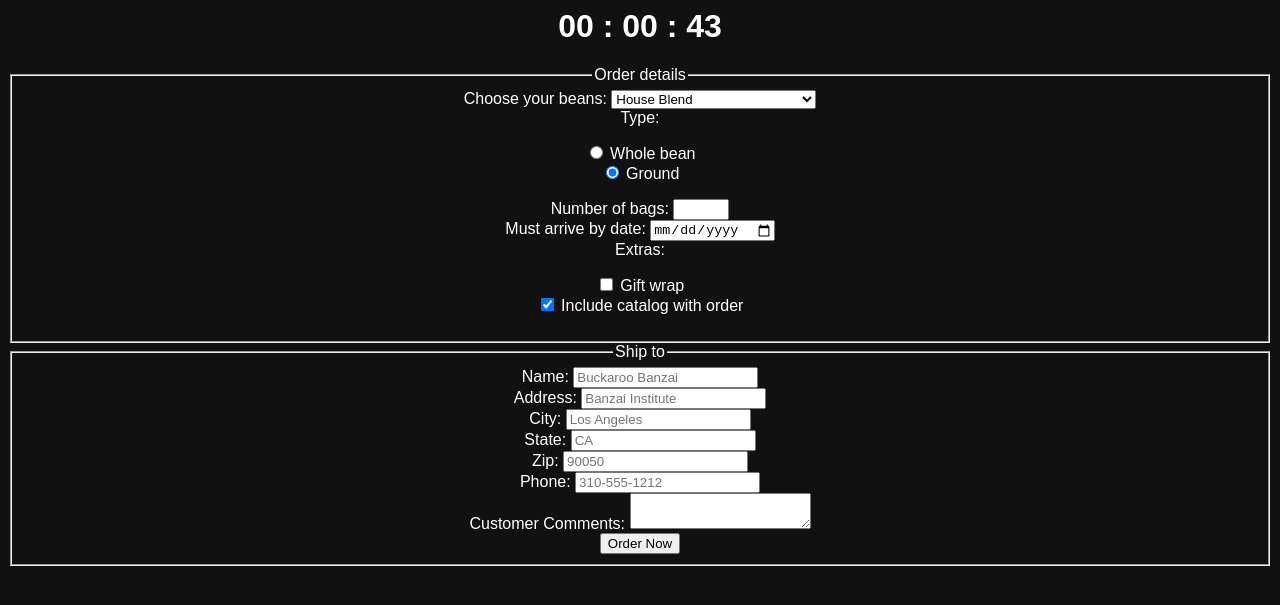
Repository: 43320888/upwork
Page: popup/index.html
The author's editor kept a copy of each file at every save. The page is drawn from the files as they stood at one save, then again after the next save.
The browser window is 1280 px wide. The pictures show the whole page.

Above is the page before, as saved 2019-01-24 11:22:08.

### popup/index.html
<meta http-equiv="Content-Type" content="text/html;charset=UTF-8">
<style>
	form{
		border-spacing: 10px;
	}
</style>
<body style="background:#111; color:#fff; font-family: Arial, Helvetica, sans-serif; text-align: center">
	<h1><div></div><script src="timer.js"></script></h1>
	<form action="http://www.starbuzzcoffee.com/processorder.php" method="post">
		<fieldset>
			<legend>Order details</legend>
			<div class="tableRow">
				<label for="beans">
				  Choose your beans:
				</label>
		    <select id="beans" name="beans">
		      <option value="House Blend">House Blend</option>
		      <option value="Bolivia">Shade Grown Bolivia Supremo</option>
		      <option value="Guatemala">Organic Guatemala</option>
		      <option value="Kenya">Kenya</option>
		    </select>
			</div>
			<div class="tableRow">
				<label>Type:</label>
				<p>
				   <input type="radio" id="whole_beantype" name="beantype" value="whole">
						<label for="whole_beantype">Whole bean</label><br>
			    <input type="radio" id="ground_beantype" name="beantype" value="ground" checked>
				    <label for="ground_beantype">Ground</label>
				</p>
			</div>
			<div class="tableRow">
				<label for="bags">Number of bags:</label>
				<input type="number" id="bags" name="bags" min="1" max="10">
			</div>
			<div class="tableRow">
				<label for="date">Must arrive by date:</label>
				<input type="date" name="date">
			</div>
			<div class="tableRow">
				<label>Extras:</label>
				<p>
			    <input type="checkbox" id="giftwrap_extras" name="extras[]" value="giftwrap">
						<label for="giftwrap_extras">Gift wrap</label><br>
			    <input type="checkbox" id="catalog_extras" name="extras[]" value="catalog" checked>
				    <label for="catalog_extras">Include catalog with order</label>
				</p>
			</div>
		</fieldset>
		<fieldset>
			<legend>Ship to</legend>
			<div class="tableRow">
				<label for="name">Name:</label>
				<input type="text" id="name" name="name" value="" placeholder="Buckaroo Banzai" required>
			</div>
			<div class="tableRow">
				<label for="address">Address:</label>
				<input type="text" id="address" name="address" value="" placeholder="Banzai Institute" required>
			</div>
			<div class="tableRow">
				<label for="city">City:</label>
				<input type="text" id="city" name="city" value="" placeholder="Los Angeles" required>
			</div>
			<div class="tableRow">
				<label for="state">State:</label>
				<input type="text" id="state" name="state" value="" placeholder="CA" required>
			</div>
			<div class="tableRow">
				<label for="zip">Zip:</label>
				<input type="text" id="zip" name="zip" value="" placeholder="90050" required>
			</div>
			<div class="tableRow">
				<label for="phone">Phone:</label>
				<input type="tel" id="phone" name="phone" value="" placeholder="310-555-1212" required>
			</div>
			<div class="tableRow">
				<label for="comments">Customer Comments:</label>
		    <textarea id="comments" name="comments"></textarea>
			</div>
			<div class="tableRow">
				<label></label>
				<input type="submit" value="Order Now">
			</div>
		</fieldset>
	    </form>
</body>

### popup/timer.js
(() => {
	const x = ['00', '00', 60];
	const j = document.querySelector('h1 div');

	const backTimer = () => {
		if (x[2]) {
			x[2]--;
			if (x[2] < 10) j.innerHTML = `${x.join(' : ').substring(0, -1)}0${x[2]}`;
			else j.innerHTML = x.join(' : ');
			setTimeout(backTimer, 300);
		} else {
			// j.innerHTML = "00:00:00";
			document.body.innerHTML = `<h1>${x.join(' : ')}<br>Time is over</h1>`;
		}
	}
	backTimer();
})();

After the next save:
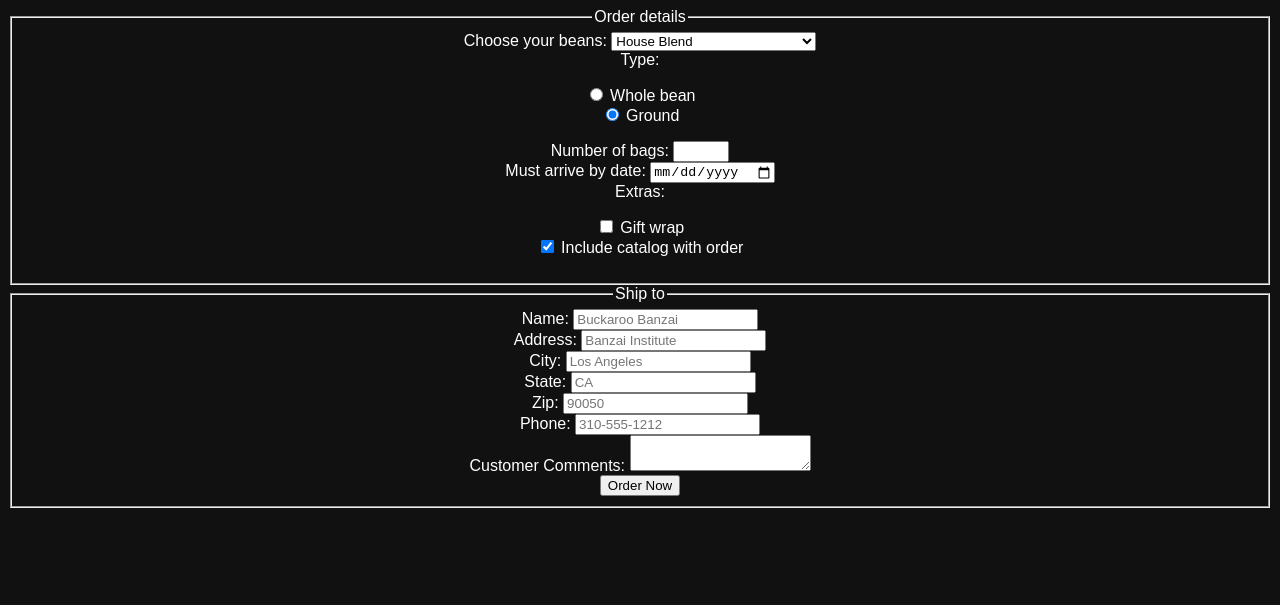
Console error: SyntaxError: Unexpected token 'else'
Saved 18 s later.
--- a/popup/timer.js
+++ b/popup/timer.js
@@ -5,7 +5,7 @@
 	const backTimer = () => {
 		if (x[2]) {
 			x[2]--;
-			if (x[2] < 10) j.innerHTML = `${x.join(' : ').substring(0, -1)}0${x[2]}`;
+			if (x[2] < 10) { debugger; j.innerHTML = `${x.join(' : ').substring(0, -1)}0${x[2]}` };
 			else j.innerHTML = x.join(' : ');
 			setTimeout(backTimer, 300);
 		} else {

After the save that followed:
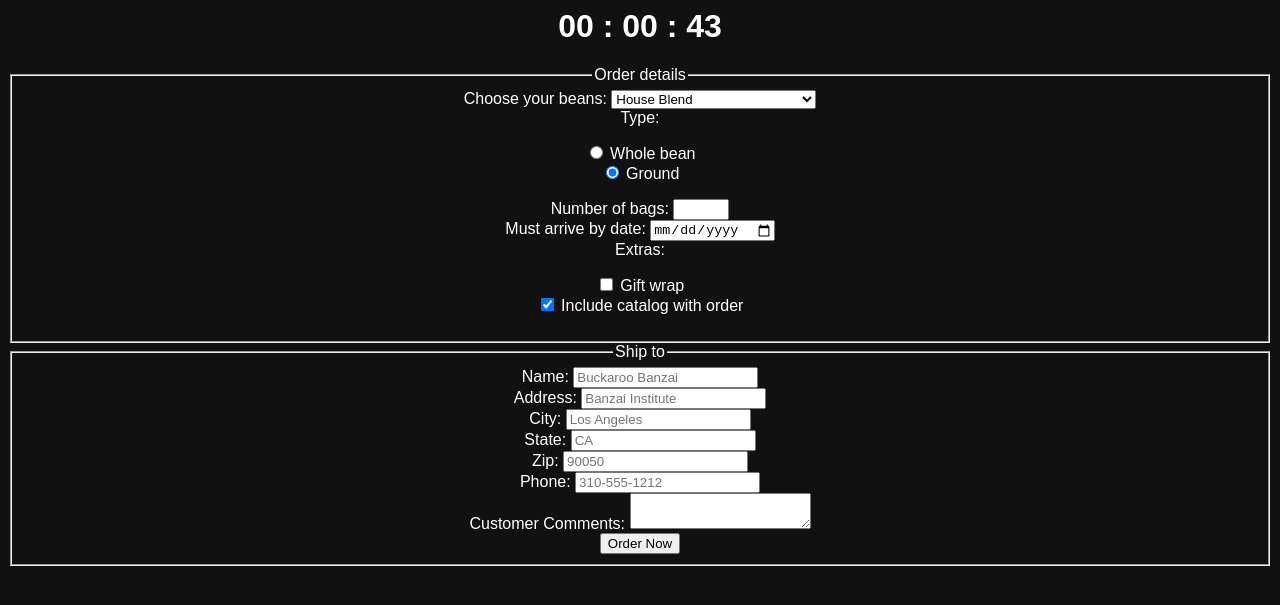
The error is gone.
Saved 19 s later.
--- a/popup/timer.js
+++ b/popup/timer.js
@@ -5,7 +5,7 @@
 	const backTimer = () => {
 		if (x[2]) {
 			x[2]--;
-			if (x[2] < 10) { debugger; j.innerHTML = `${x.join(' : ').substring(0, -1)}0${x[2]}` };
+			if (x[2] < 10) { debugger; j.innerHTML = `${x.join(' : ').substring(0, -1)}0${x[2]}` }
 			else j.innerHTML = x.join(' : ');
 			setTimeout(backTimer, 300);
 		} else {
